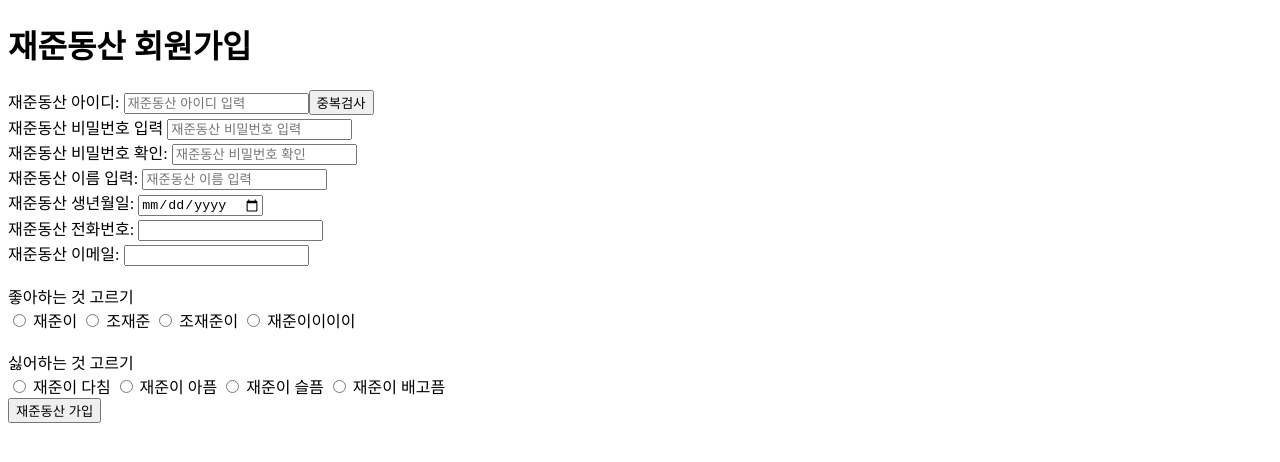
Repository: Chojaejun/javastudy
Page: HelloWorld/WebContent/test.html
An editor plug-in stored every save of this project. The page is shown before and after the next save, followed by the edit.
The browser window is 1280 px wide. The pictures show the whole page.

Above is the page before, as saved 2020-12-04 08:15:04.

After the next save:
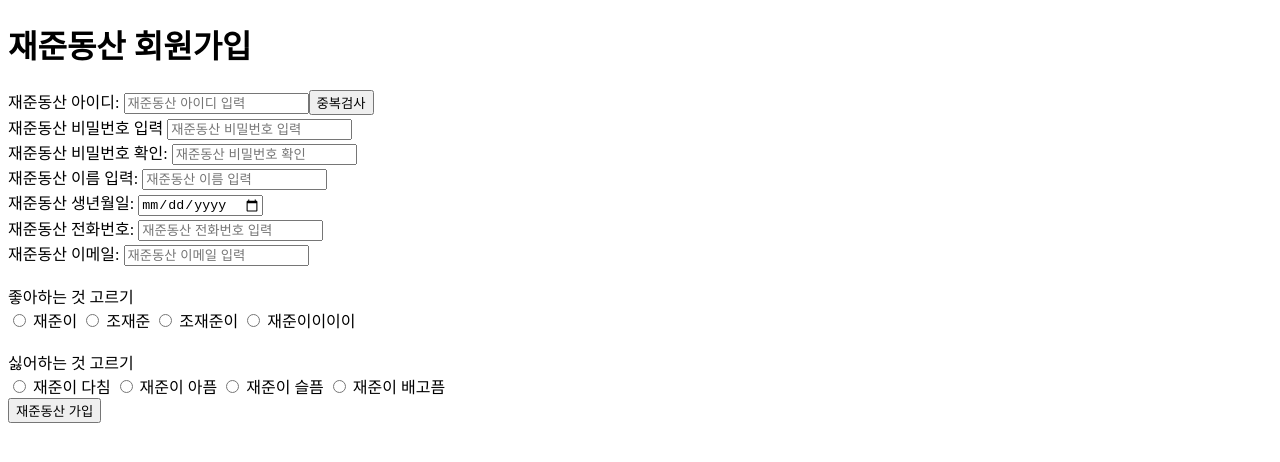
Saved 37 s later.
--- a/HelloWorld/WebContent/test.html
+++ b/HelloWorld/WebContent/test.html
@@ -25,10 +25,10 @@
 <input type="date" id="birth" name="birth">
 <br>
 <label for="tel">재준동산 전화번호: </label>
-<input type="tel" id="tel" name="tel">
+<input type="tel" id="tel" name="tel" placeholder="재준동산 전화번호 입력">
 <br>
 <label for="email">재준동산 이메일: </label>
-<input type="email" id="email" name="email">
+<input type="email" id="email" name="email" placeholder="재준동산 이메일 입력">
 <br>
 <br>
 <label>좋아하는 것 고르기</label>
